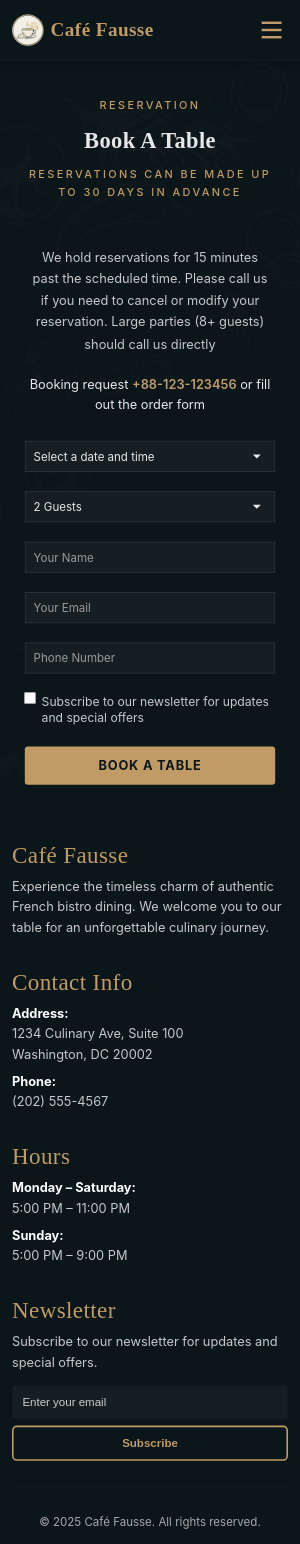
Repository: MatVanDenArt/MSSE-Cafe-Fausse
Page: /reservations (app in frontend/)
These files come from the project's save history. The page is drawn as it stood at one moment and after the next save; the edit follows.
The browser window is 375 px wide. The pictures show the whole page, at 80% of full size.
Backgrounds fixed to the window are drawn as part of the page. The project was rebuilt for these pictures with package versions that can differ from the ones it lists, and the page was loaded fresh each time. Also part of the build but not shown: frontend/src/pages/Home.css, frontend/src/pages/Home.js, frontend/src/pages/Menu.css, frontend/src/pages/Menu.js, frontend/src/pages/About.css, frontend/src/pages/About.js, frontend/src/pages/Gallery.css, frontend/src/pages/Gallery.js.

Above is the page before, as saved 2025-11-06 19:37:05.

### frontend/src/App.js
import React from "react";
import { BrowserRouter as Router, Routes, Route } from "react-router-dom";
import "./App.css";

// Import components
import Header from "./components/Header";
import Footer from "./components/Footer";
import Home from "./pages/Home";
import Menu from "./pages/Menu";
import Reservations from "./pages/Reservations";
import About from "./pages/About";
import Gallery from "./pages/Gallery";

function App() {
  return (
    <Router>
      <div className="App">
        <Header />
        <main className="main-content">
          <Routes>
            <Route path="/" element={<Home />} />
            <Route path="/menu" element={<Menu />} />
            <Route path="/reservations" element={<Reservations />} />
            <Route path="/about" element={<About />} />
            <Route path="/gallery" element={<Gallery />} />
          </Routes>
        </main>
        <Footer />
      </div>
    </Router>
  );
}

export default App;

### frontend/src/App.css
/* Global Styles */
* {
  margin: 0;
  padding: 0;
  box-sizing: border-box;
}

@import url("https://fonts.googleapis.com/css2?family=Dancing+Script:wght@400;500;600;700&family=Cormorant+Garamond:ital,wght@0,300;0,400;0,500;0,600;0,700;1,300;1,400;1,500;1,600&family=Inter:wght@300;400;500;600&family=Source+Sans+Pro:ital,wght@0,300;0,400;0,600;1,300;1,400&display=swap");

body {
  font-family: "Inter", "Source Sans Pro", "Helvetica Neue", "Arial", sans-serif;
  line-height: 1.6;
  color: #e8e8e8;
  background-color: #0b161a;
  font-weight: 400;
  padding-top: 70px; /* Account for fixed header */
}

/* Remove padding-top for home page since hero handles spacing */
.home {
  padding-top: 0;
}

.App {
  min-height: 100vh;
  display: flex;
  flex-direction: column;
}

.main-content {
  flex: 1;
}

/* Typography */
h1,
h2,
h3,
h4,
h5,
h6 {
  font-family: "Cormorant Garamond", "EB Garamond", "Georgia", "Times New Roman",
    serif;
  font-weight: 500;
  margin-bottom: 1rem;
  letter-spacing: 0.5px;
}

h1 {
  font-size: 2.5rem;
  color: #c19b66;
  font-family: "Dancing Script", "Cormorant Garamond", serif;
  font-weight: 600;
}

h2 {
  font-size: 2rem;
  color: #c19b66;
  font-family: "Dancing Script", "Cormorant Garamond", serif;
  font-weight: 600;
}

h3 {
  font-size: 2rem;
  color: #c19b66;
  font-family: "Cormorant Garamond", serif;
  font-weight: 500;
}

p {
  margin-bottom: 1rem;
  font-size: 1.1rem;
  font-family: "Inter", "Source Sans Pro", "Helvetica Neue", "Arial", sans-serif;
}

/* Container */
.container {
  max-width: 1200px;
  margin: 0 auto;
  padding: 0 20px;
}

/* Grid System */
.grid {
  display: grid;
  gap: 2rem;
}

.grid-2 {
  grid-template-columns: repeat(auto-fit, minmax(300px, 1fr));
}

.grid-3 {
  grid-template-columns: repeat(auto-fit, minmax(250px, 1fr));
}

.grid-4 {
  grid-template-columns: repeat(auto-fit, minmax(200px, 1fr));
}

/* Flexbox Utilities */
.flex {
  display: flex;
}

.flex-center {
  display: flex;
  justify-content: center;
  align-items: center;
}

.flex-between {
  display: flex;
  justify-content: space-between;
  align-items: center;
}

.flex-column {
  display: flex;
  flex-direction: column;
}

/* Buttons */
.btn {
  display: inline-block;
  padding: 12px 24px;
  background-color: #c19b66;
  color: #0b161a;
  text-decoration: none;
  border: none;
  border-radius: 6px;
  font-size: 1rem;
  font-weight: 600;
  cursor: pointer;
  transition: all 0.3s ease;
  text-align: center;
}

.btn-secondary {
  padding: 1rem 1.5rem;
  font-size: 1.1rem;
  background-color: transparent;
  color: #c19b66;
  border: 2px solid #c19b66;
}

.btn-secondary:hover {
  border: 2px solid #c19b66;
  background-color: #c19b66;
  color: #0b161a;
}

.btn-large {
  padding: 1rem 1.5rem;
  font-size: 1.1rem;
  border: 2px solid #c19b66;
}

.btn-large:hover {
  background-color: transparent;
  color: #c19b66;
  border: 2px solid #c19b66;
}

/* Forms */
.form-group {
  margin-bottom: 1.5rem;
}

.form-label {
  display: block;
  margin-bottom: 0.5rem;
  font-weight: 600;
  color: #c19b66;
}

.form-input,
.form-select,
.form-textarea {
  width: 100%;
  padding: 12px;
  border: 2px solid #151f21;
  border-radius: 5px;
  font-size: 1rem;
  transition: border-color 0.3s ease;
  background-color: #151f21;
  color: #e8e8e8;
}

.form-input:focus,
.form-select:focus,
.form-textarea:focus {
  outline: none;
  border-color: #c19b66;
  box-shadow: 0 0 0 3px rgba(193, 155, 102, 0.1);
}

.form-textarea {
  resize: vertical;
  min-height: 100px;
}

/* Cards */
.card {
  /* background: #151f21; */
  border-radius: 6px;
  box-shadow: 0 4px 6px rgba(0, 0, 0, 0.3);
  overflow: hidden;
  border: 1px solid rgba(193, 155, 102, 0.2);
}

.card-body {
  padding: 1.5rem;
}

.card-title {
  font-size: 1.25rem;
  margin-bottom: 0.5rem;
  color: #c19b66;
  font-family: "Dancing Script", "Cormorant Garamond", serif;
  font-weight: 500;
}

.card-text {
  color: #c8c8c8;
  margin-bottom: 1rem;
}

/* Images */
.img-responsive {
  width: 100%;
  height: auto;
  display: block;
}

.img-rounded {
  border-radius: 10px;
}

/* Sections */
.section {
  padding: 4rem 0;
}

.section-dark {
  background-color: #0b161a;
  color: white;
}

.section-light {
  background-color: #151f21;
}

.section-title {
  text-align: center;
}

.section-title h2 {
  font-size: 2.5rem;
  margin-bottom: 1rem;
}

.section-title p {
  font-size: 1.2rem;
  color: #c8c8c8;
  /* max-width: 600px; */
  margin: 0 auto;
}

/* Hero Section - Moved to Home.css */

.hero-content h1 {
  font-size: 3.5rem;
  margin-bottom: 1rem;
  color: white;
}

.hero-buttons {
  display: flex;
  gap: 1rem;
  justify-content: center;
  flex-wrap: wrap;
}

/* Navigation styles are in Header.css */

/* Footer */
.footer {
  background-color: #333;
  color: white;
  padding: 3rem 0 1rem;
}

.footer-content {
  display: grid;
  grid-template-columns: repeat(auto-fit, minmax(250px, 1fr));
  gap: 2rem;
  margin-bottom: 2rem;
}

.footer-bottom {
  text-align: center;
  padding-top: 2rem;
  border-top: 1px solid #555;
  color: #ccc;
}

/* Responsive Design */
@media (max-width: 768px) {
  .container {
    padding: 0 15px;
  }

  .hero-content h1 {
    font-size: 2.5rem;
  }

  .hero-content p {
    font-size: 1.1rem;
  }

  .hero-buttons {
    flex-direction: column;
    align-items: center;
  }

  /* Navigation responsive styles are in Header.css */

  .grid-2,
  .grid-3,
  .grid-4 {
    grid-template-columns: 1fr;
  }

  h1 {
    font-size: 2.5rem;
  }

  h2 {
    font-size: 1.5rem;
  }
}

@media (max-width: 480px) {
  .hero-content h1 {
    font-size: 2.5rem;
  }

  .section {
    padding: 2rem 0;
  }

  .btn {
    padding: 10px 20px;
    font-size: 0.9rem;
  }
}

/* Utility Classes */
.text-center {
  text-align: center;
}

.text-left {
  text-align: left;
}

.text-right {
  text-align: right;
}

.mb-1 {
  margin-bottom: 0.5rem;
}
.mb-2 {
  margin-bottom: 1rem;
}
.mb-3 {
  margin-bottom: 1.5rem;
}
.mb-4 {
  margin-bottom: 2rem;
}

.mt-1 {
  margin-top: 0.5rem;
}
.mt-2 {
  margin-top: 1rem;
}
.mt-3 {
  margin-top: 1.5rem;
}
.mt-4 {
  margin-top: 2rem;
}

.p-1 {
  padding: 0.5rem;
}
.p-2 {
  padding: 1rem;
}
.p-3 {
  padding: 1.5rem;
}
.p-4 {
  padding: 2rem;
}

.hidden {
  display: none;
}

.visible {
  display: block;
}

### frontend/src/components/Header.js
import React, { useState, useEffect } from "react";
import { Link, useLocation } from "react-router-dom";
import "./Header.css";

const Header = () => {
  const [isMenuOpen, setIsMenuOpen] = useState(false);
  const location = useLocation();

  const toggleMenu = () => {
    setIsMenuOpen(!isMenuOpen);
  };

  const closeMenu = () => {
    setIsMenuOpen(false);
  };

  // Close menu when route changes
  useEffect(() => {
    closeMenu();
  }, [location]);

  // Close menu when clicking outside and prevent body scroll
  useEffect(() => {
    const handleClickOutside = (event) => {
      if (isMenuOpen && !event.target.closest(".nav")) {
        closeMenu();
      }
    };

    if (isMenuOpen) {
      document.addEventListener("click", handleClickOutside);
      document.body.style.overflow = "hidden"; // Prevent body scroll
    } else {
      document.body.style.overflow = "unset"; // Restore body scroll
    }

    return () => {
      document.removeEventListener("click", handleClickOutside);
      document.body.style.overflow = "unset"; // Cleanup
    };
  }, [isMenuOpen]);

  const isActive = (path) => {
    return location.pathname === path ? "active" : "";
  };

  return (
    <>
      {/* Backdrop Overlay */}
      <div
        className={`nav-overlay ${isMenuOpen ? "nav-overlay-visible" : ""}`}
        onClick={closeMenu}
        aria-label="Close menu"
      />

      <nav className="nav">
        <div className="container">
          <div className="nav-container">
            <Link to="/" className="nav-logo" onClick={closeMenu}>
              <img
                src="/images/Logo - Cafe Fausse.png"
                alt="Café Fausse Logo"
                className="nav-logo-img"
              />
              <span className="nav-logo-text">Café Fausse</span>
            </Link>

            <div className={`nav-menu ${isMenuOpen ? "nav-menu-open" : ""}`}>
              <Link
                to="/"
                className={`nav-link ${isActive("/")}`}
                onClick={closeMenu}
              >
                Home
              </Link>
              <Link
                to="/menu"
                className={`nav-link ${isActive("/menu")}`}
                onClick={closeMenu}
              >
                Menu
              </Link>
              <Link
                to="/reservations"
                className={`nav-link ${isActive("/reservations")}`}
                onClick={closeMenu}
              >
                Reservations
              </Link>
              <Link
                to="/about"
                className={`nav-link ${isActive("/about")}`}
                onClick={closeMenu}
              >
                About Us
              </Link>
              <Link
                to="/our-chefs"
                className={`nav-link ${isActive("/our-chefs")}`}
                onClick={closeMenu}
              >
                Our Chefs
              </Link>
              <Link
                to="/gallery"
                className={`nav-link ${isActive("/gallery")}`}
                onClick={closeMenu}
              >
                Gallery
              </Link>
            </div>

            <button
              className={`nav-toggle ${isMenuOpen ? "open" : ""}`}
              onClick={toggleMenu}
              aria-label="Toggle navigation menu"
            >
              <span className="nav-toggle-line"></span>
              <span className="nav-toggle-line"></span>
              <span className="nav-toggle-line"></span>
            </button>
          </div>
        </div>
      </nav>
    </>
  );
};

export default Header;

### frontend/src/components/Footer.js
import React, { useState } from "react";
import "./Footer.css";

const Footer = () => {
  const [email, setEmail] = useState("");
  const [isSubscribed, setIsSubscribed] = useState(false);
  const [isLoading, setIsLoading] = useState(false);

  const handleNewsletterSubmit = async (e) => {
    e.preventDefault();
    if (!email) return;

    setIsLoading(true);
    try {
      const response = await fetch("http://localhost:5000/api/newsletter", {
        method: "POST",
        headers: {
          "Content-Type": "application/json",
        },
        body: JSON.stringify({ email }),
      });

      if (response.ok) {
        setIsSubscribed(true);
        setEmail("");
      } else {
        const error = await response.json();
        console.error("Newsletter signup error:", error);
      }
    } catch (error) {
      console.error("Newsletter signup error:", error);
    } finally {
      setIsLoading(false);
    }
  };

  return (
    <footer className="footer">
      <div className="container">
        <div className="footer-content">
          <div className="footer-section">
            <h3>Café Fausse</h3>
            <p>
              Experience the timeless charm of authentic French bistro dining.
              We welcome you to our table for an unforgettable culinary journey.
            </p>
          </div>

          <div className="footer-section">
            <h3>Contact Info</h3>
            <p>
              <strong>Address:</strong>
              <br />
              1234 Culinary Ave, Suite 100
              <br />
              Washington, DC 20002
            </p>
            <p>
              <strong>Phone:</strong>
              <br />
              (202) 555-4567
            </p>
          </div>

          <div className="footer-section">
            <h3>Hours</h3>
            <p>
              <strong>Monday – Saturday:</strong>
              <br />
              5:00 PM – 11:00 PM
            </p>
            <p>
              <strong>Sunday:</strong>
              <br />
              5:00 PM – 9:00 PM
            </p>
          </div>

          <div className="footer-section">
            <h3>Newsletter</h3>
            <p>Subscribe to our newsletter for updates and special offers.</p>
            {isSubscribed ? (
              <div className="newsletter-success">
                <p>Thank you for subscribing!</p>
              </div>
            ) : (
              <form
                onSubmit={handleNewsletterSubmit}
                className="newsletter-form"
              >
                <input
                  type="email"
                  placeholder="Enter your email"
                  value={email}
                  onChange={(e) => setEmail(e.target.value)}
                  required
                  className="newsletter-input"
                />
                <button
                  type="submit"
                  disabled={isLoading}
                  className="btn btn-secondary newsletter-btn"
                >
                  {isLoading ? "Subscribing..." : "Subscribe"}
                </button>
              </form>
            )}
          </div>
        </div>

        <div className="footer-bottom">
          <p>&copy; 2025 Café Fausse. All rights reserved.</p>
        </div>
      </div>
    </footer>
  );
};

export default Footer;

### frontend/src/components/Header.css
.nav {
  background-color: #0b161a;
  box-shadow: 0 2px 10px rgba(0, 0, 0, 0.3);
  position: fixed;
  top: 0;
  left: 0;
  right: 0;
  z-index: 1002;
  border-bottom: 1px solid #151f21;
}

.nav-container {
  display: flex;
  justify-content: space-between;
  align-items: center;
  padding: 1rem 0;
}

.nav-logo {
  display: flex;
  align-items: center;
  gap: 0.5rem;
  text-decoration: none;
  font-family: "Cormorant Garamond", "EB Garamond", "Georgia", "Times New Roman",
    serif;
  font-weight: 500;
  letter-spacing: 0.5px;
}

.nav-logo-img {
  height: 40px;
  width: auto;
}

.nav-logo-text {
  font-size: 1.5rem;
  font-weight: bold;
  color: #c19b66;
  font-family: "Dancing Script", "Cormorant Garamond", serif;
}

.nav-logo:hover .nav-logo-text {
  color: #c19b66;
}

.nav-menu {
  display: flex;
  list-style: none;
  gap: 2rem;
  margin: 0;
  padding: 0;
}

.nav-link {
  color: #e8e8e8;
  text-decoration: none;
  font-weight: 500;
  transition: color 0.3s ease;
  padding: 0.5rem 0;
  position: relative;
}

.nav-link:hover,
.nav-link.active {
  color: #c19b66;
}

.nav-link.active::after {
  content: "";
  position: absolute;
  bottom: 0;
  left: 0;
  right: 0;
  height: 2px;
  background-color: #c19b66;
}

.nav-toggle {
  display: none;
  flex-direction: column;
  background: none;
  border: none;
  cursor: pointer;
  padding: 0.5rem;
}

.nav-toggle-line {
  width: 25px;
  height: 3px;
  background-color: #c19b66;
  margin: 3px 0;
  transition: 0.3s;
}

/* Mobile Navigation */
@media (max-width: 768px) {
  .nav-toggle {
    display: flex;
  }

  .nav-menu {
    position: fixed;
    top: 76px;
    right: 0;
    bottom: 0;
    width: 80%;
    max-width: 320px;
    background-color: #0b161a;
    flex-direction: column;
    gap: 0; /* Remove gap on mobile */
    padding: 0rem; /* Add padding for mobile menu */
    box-shadow: -2px 0 10px rgba(0, 0, 0, 0.3);
    transform: translateX(100%);
    opacity: 1;
    visibility: hidden;
    transition: transform 0.4s cubic-bezier(0.4, 0, 0.2, 1), visibility 0.4s;
    z-index: 1001;
    border-left: 1px solid #151f21;
    overflow-y: auto;
  }

  .nav-menu-open {
    transform: translateX(0);
    visibility: visible;
  }

  .nav-link {
    padding: 1.5rem 0;
    border-bottom: 1px solid #151f21;
    text-align: center;
    color: #e8e8e8;
  }

  .nav-link:last-child {
    border-bottom: none;
  }

  .nav-link:hover,
  .nav-link.active {
    color: #c19b66;
  }

  .nav-toggle.open .nav-toggle-line:nth-child(1) {
    transform: rotate(45deg) translate(5px, 5px);
  }

  .nav-toggle.open .nav-toggle-line:nth-child(2) {
    opacity: 0;
  }

  .nav-toggle.open .nav-toggle-line:nth-child(3) {
    transform: rotate(-45deg) translate(7px, -6px);
  }

  /* Menu Button z-index to stay above menu */
  .nav-toggle {
    position: relative;
    z-index: 1003;
  }

  /* Backdrop Overlay */
  .nav-overlay {
    position: fixed;
    top: 70px; /* Start below the nav header */
    left: 0;
    right: 0;
    bottom: 0;
    background-color: rgba(0, 0, 0, 0.5);
    z-index: 998;
    opacity: 0;
    visibility: hidden;
    pointer-events: none;
    transition: opacity 0.4s cubic-bezier(0.4, 0, 0.2, 1), visibility 0.4s;
  }

  .nav-overlay.nav-overlay-visible {
    opacity: 1;
    visibility: visible;
    pointer-events: auto;
  }
}

### frontend/src/components/Footer.css
.footer {
  background-color: #0b161a;
  color: #e8e8e8;
  padding: 3rem 0 1rem;
  margin-top: auto;
  border-top: 1px solid #151f21;
}

.footer-content {
  display: grid;
  grid-template-columns: repeat(auto-fit, minmax(250px, 1fr));
  gap: 2rem;
  margin-bottom: 2rem;
}

.footer-section h3 {
  color: #c19b66;
  font-size: 1.8rem;
  font-family: "Cormorant Garamond", "Times New Roman", serif;
  font-weight: 500;
  letter-spacing: 0.5px;
  margin-bottom: 0.25rem;
}

.footer-section p {
  margin-bottom: 0.5rem;
  line-height: 1.6;
  color: #c8c8c8;
  font-size: 1rem;
}

.footer-section strong {
  color: white;
}

.newsletter-form {
  display: flex;
  flex-direction: column;
  gap: 0.5rem;
  margin-top: 1rem;
}

.newsletter-input {
  padding: 0.75rem;
  border: 1px solid #151f21;
  border-radius: 5px;
  background-color: #151f21;
  color: #e8e8e8;
  font-size: 0.9rem;
}

.newsletter-input::placeholder {
  color: #ccc;
}

.newsletter-input:focus {
  outline: none;
  border-color: #c19b66;
}

.newsletter-btn {
  padding: 0.75rem;
  font-size: 0.9rem;
  border: 2px solid #c19b66;
  background-color: transparent;
  color: #c19b66;
}

.newsletter-btn:hover {
  background-color: #c19b66;
  color: #0b161a;
}

.newsletter-btn:disabled {
  opacity: 0.6;
  cursor: not-allowed;
}

.newsletter-success {
  background-color: #4caf50;
  padding: 1rem;
  border-radius: 5px;
  text-align: center;
  margin-top: 1rem;
}

.newsletter-success p {
  margin: 0;
  color: white;
  font-weight: 600;
}

.footer-bottom {
  text-align: center;
  padding-top: 2rem;
  border-top: 1px solid #151f21;
  color: #a8a8a8;
}

.footer-bottom p {
  margin: 0;
  font-size: 0.9rem;
}

@media (max-width: 768px) {
  .footer {
    padding: 2rem 0 1rem;
  }

  .footer-content {
    grid-template-columns: 1fr;
    gap: 1.5rem;
  }

  .newsletter-form {
    flex-direction: column;
  }
}

### frontend/src/pages/Reservations.css
.reservations {
  padding: 2rem 0;
  min-height: 100vh;
  position: relative;
  background-color: #0b161a;
}

.reservations::before {
  content: "";
  position: absolute;
  top: 0;
  left: 0;
  right: 0;
  bottom: 0;
  background-color: rgba(11, 22, 26, 0.7);
  z-index: 0;
}

.reservations > .container {
  position: relative;
  z-index: 1;
}

.reservation-header-section {
  text-align: center;
  max-width: 800px;
  margin-left: auto;
  margin-right: auto;
  padding: 0 20px;
}

.reservation-header-section .section-title {
  text-align: center;
  padding: 2rem 0 1rem;
  margin-bottom: 2rem;
}

.reservation-header-section .section-title p {
  font-size: 0.85rem;
  text-transform: uppercase;
  letter-spacing: 3px;
  margin-bottom: 1rem;
  font-weight: 500;
  display: inline-block;
  color: #c19b66;
}

.reservation-header-section .section-title h1 {
  font-size: 4rem;
  color: #e8e8e8;
  margin-bottom: 1rem;
  font-family: "Cormorant Garamond", serif;
  font-weight: 600;
  line-height: 1.2;
}

.reservation-description {
  font-size: 1.1rem;
  line-height: 1.7;
  color: #c8c8c8;
  margin-bottom: 1.5rem;
  font-family: "Inter", "Source Sans Pro", sans-serif;
}

.booking-contact {
  font-size: 1.1rem;
  color: #e8e8e8;
  font-family: "Inter", "Source Sans Pro", sans-serif;
}

.phone-number {
  color: #c19b66;
  font-weight: 600;
}

.reservation-form-container {
  padding: 3rem;
  max-width: 900px;
  margin: 0 auto;
}

.reservation-form {
  max-width: 100%;
  display: grid;
  grid-template-columns: repeat(2, 1fr);
  gap: 1.5rem; /* Consistent spacing between all form elements */
}

.form-group {
  margin-bottom: 0; /* Remove margin - spacing handled by parent gap */
}

.form-group-full {
  grid-column: 1 / -1; /* Full width fields span both columns */
}

.sr-only {
  position: absolute;
  width: 1px;
  height: 1px;
  padding: 0;
  margin: -1px;
  overflow: hidden;
  clip: rect(0, 0, 0, 0);
  white-space: nowrap;
  border-width: 0;
}

.form-input,
.form-select {
  width: 100%;
  padding: 18px 16px;
  border: 1px solid rgb(255 255 255 / 10%);
  border-radius: 0;
  font-size: 1rem;
  transition: border-color 0.3s ease;
  background-color: #151f21;
  color: #e8e8e8;
  font-family: "Inter", "Source Sans Pro", sans-serif;
  appearance: none;
  -webkit-appearance: none;
  -moz-appearance: none;
}

.form-select {
  background-image: url("data:[embedded picture, 161 characters]");
  background-repeat: no-repeat;
  background-position: right 16px center;
  padding-right: 40px;
}

.form-input:focus,
.form-select:focus {
  outline: none;
  border-color: #e4c590;
  background-color: #2a2a2a;
}

.form-input::placeholder {
  color: #999999;
}

.form-textarea {
  width: 100%;
  padding: 18px 16px;
  border: 1px solid #e8e8e8;
  border-radius: 0;
  font-size: 1rem;
  transition: border-color 0.3s ease;
  background-color: #2a2a2a;
  color: #e8e8e8;
  font-family: "Inter", "Source Sans Pro", sans-serif;
  resize: vertical;
  min-height: 120px;
}

.form-textarea:focus {
  outline: none;
  border-color: #e8e8e8;
  background-color: #2a2a2a;
}

.form-textarea::placeholder {
  color: #c8c8c8;
}

.checkbox-label {
  display: flex;
  align-items: flex-start;
  gap: 0.5rem;
  cursor: pointer;
  font-size: 0.95rem;
  line-height: 1.4;
}

.checkbox-input {
  margin: 0;
  transform: scale(1.2);
  accent-color: #c19b66;
}

.checkbox-text {
  color: #c8c8c8;
}

.submit-status {
  padding: 1rem;
  border-radius: 8px;
  margin-bottom: 1.5rem;
  font-weight: 500;
}

.submit-status.success {
  background-color: #d4edda;
  color: #155724;
  border: 1px solid #c3e6cb;
}

.submit-status.error {
  background-color: #f8d7da;
  color: #721c24;
  border: 1px solid #f5c6cb;
}

.reservation-submit {
  width: 100%;
  padding: 18px 32px;
  font-size: 1rem;
  font-weight: 700;
  letter-spacing: 1px;
  text-transform: uppercase;
  background-color: #c19b66;
  color: #0b161a;
  border: none;
  border-radius: 4px;
  cursor: pointer;
  transition: all 0.3s ease;
  font-family: "Inter", "Source Sans Pro", sans-serif;
  grid-column: 1 / -1; /* Span full width of the grid */
}

.reservation-submit:hover:not(:disabled) {
  background-color: #b08a55;
}

.reservation-submit:disabled {
  background-color: #ccc;
  cursor: not-allowed;
  transform: none;
}

.powered-by {
  text-align: center;
  font-size: 0.9rem;
  color: #a8a8a8;
  margin-top: 1.5rem;
  font-family: "Inter", "Source Sans Pro", sans-serif;
  padding: 0;
}

.reservation-policy-section {
  margin-top: 4rem;
  max-width: 900px;
  margin-left: auto;
  margin-right: auto;
  padding: 0 20px;
}

.info-card {
  background: #151f21;
  padding: 1.5rem;
  border-radius: 10px;
  box-shadow: 0 2px 4px rgba(0, 0, 0, 0.3);
  border-left: 4px solid #8b4513;
  border: 1px solid #1f2a2d;
}

.info-card h3 {
  color: #8b4513;
  margin-bottom: 1rem;
  font-size: 1.2rem;
  font-family: "Dancing Script", "Cormorant Garamond", serif;
  font-weight: 500;
}

.info-card ul {
  list-style: none;
  padding: 0;
  margin: 0;
}

.info-card li {
  padding: 0.5rem 0;
  border-bottom: 1px solid #1f2a2d;
  position: relative;
  padding-left: 1.5rem;
  color: #c8c8c8;
}

.info-card li:last-child {
  border-bottom: none;
}

.info-card li::before {
  content: "•";
  color: #c19b66;
  font-weight: bold;
  position: absolute;
  left: 0;
}

.info-card p {
  margin-bottom: 0.5rem;
  line-height: 1.5;
  color: #c8c8c8;
}

.info-card strong {
  color: #c19b66;
}

@media (max-width: 968px) {
  .reservation-header-section .section-title h1 {
    font-size: 2.5rem;
  }
}

@media (max-width: 768px) {
  .reservation-header-section .section-title {
    margin-bottom: 1.5rem;
  }

  .reservation-header-section .section-title h1 {
    font-size: 2.5rem;
  }
  .reservations {
    padding: 1rem 0;
  }

  .reservation-form-container {
    padding: 1.5rem;
  }

  .reservation-form {
    grid-template-columns: 1fr; /* Single column on mobile */
  }

  .reservation-title {
    font-size: 2.5rem;
  }

  .reservation-description,
  .booking-contact {
    font-size: 1rem;
  }

  .info-card {
    padding: 1rem;
  }

  .info-card h3 {
    font-size: 1.1rem;
  }
}

@media (max-width: 480px) {
  .reservation-header-section .section-title h1 {
    font-size: 1.75rem;
  }
  .reservation-form-container {
    padding: 1rem;
  }

  .form-input,
  .form-select {
    padding: 10px;
    font-size: 0.9rem;
  }

  .reservation-submit {
    padding: 14px;
    font-size: 1rem;
  }

  .info-card {
    padding: 0.8rem;
  }
}

Loaded but not shown: frontend/public/index.html (common file); frontend/src/index.js (common file); frontend/src/index.css (common file); frontend/src/reportWebVitals.js (common file); frontend/src/pages/Reservations.js (279 lines, source omitted)

After the next save:
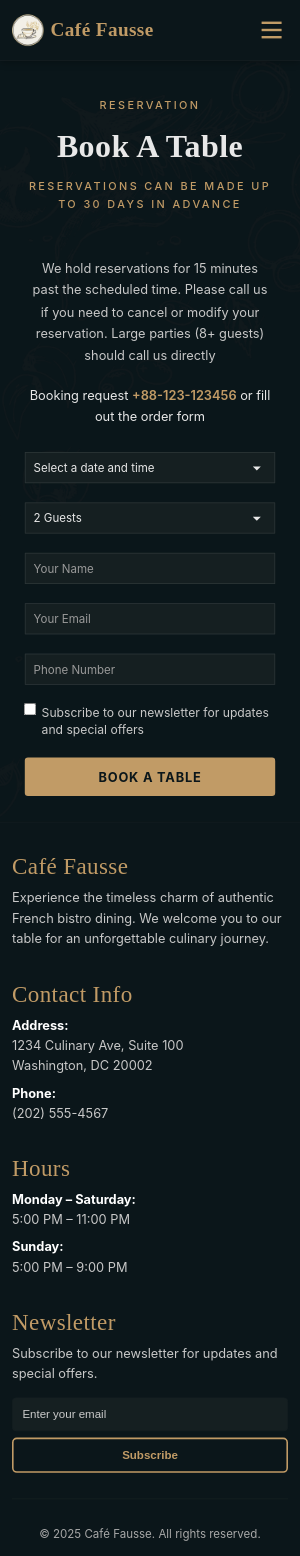
Saved 11 s later.
--- a/frontend/src/pages/Reservations.css
+++ b/frontend/src/pages/Reservations.css
@@ -345,7 +345,7 @@
 
 @media (max-width: 480px) {
   .reservation-header-section .section-title h1 {
-    font-size: 1.75rem;
+    font-size: 2.5rem;
   }
   .reservation-form-container {
     padding: 1rem;
